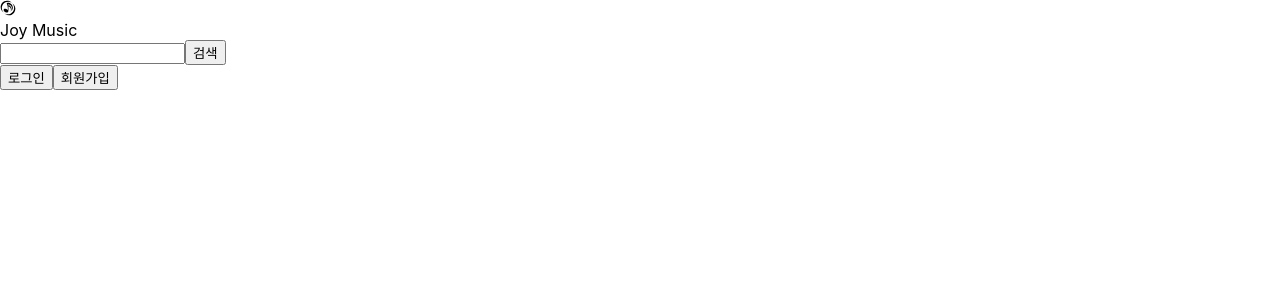
Repository: momo0170/joy-music
Page: /
The author's editor kept a copy of each file at every save. The page is drawn from the files as they stood at one save, then again after the next save.
The browser window is 1280 px wide. The pictures show the whole page.
The project was rebuilt for these pictures with package versions that can differ from the ones it lists, and the page was loaded fresh each time. Also part of the build but not shown: src/App.css.

Above is the page before, as saved 2023-09-24 15:39:33.

After the next save:
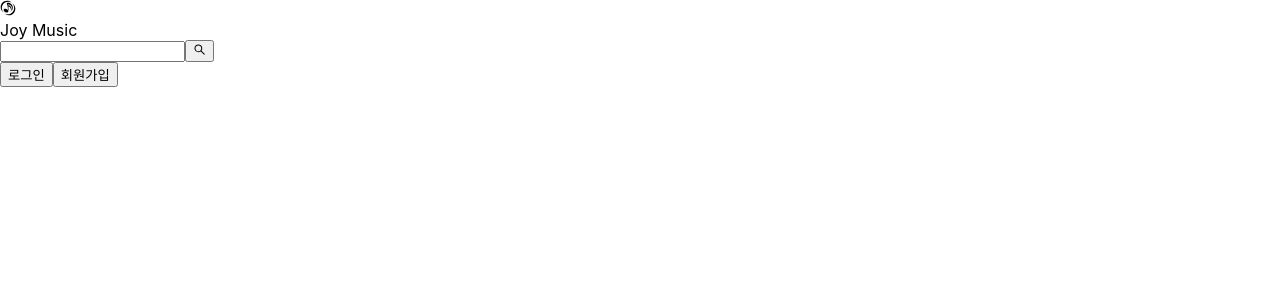
Saved 12 s later.
--- a/src/components/Header.jsx
+++ b/src/components/Header.jsx
@@ -9,7 +9,9 @@ export default function Header() {
       <div>Joy Music</div>
       <form>
         <input type="text" />
-        <button>검색</button>
+        <button>
+          <AiOutlineSearch />
+        </button>
       </form>
       <div>
         <button>로그인</button>
